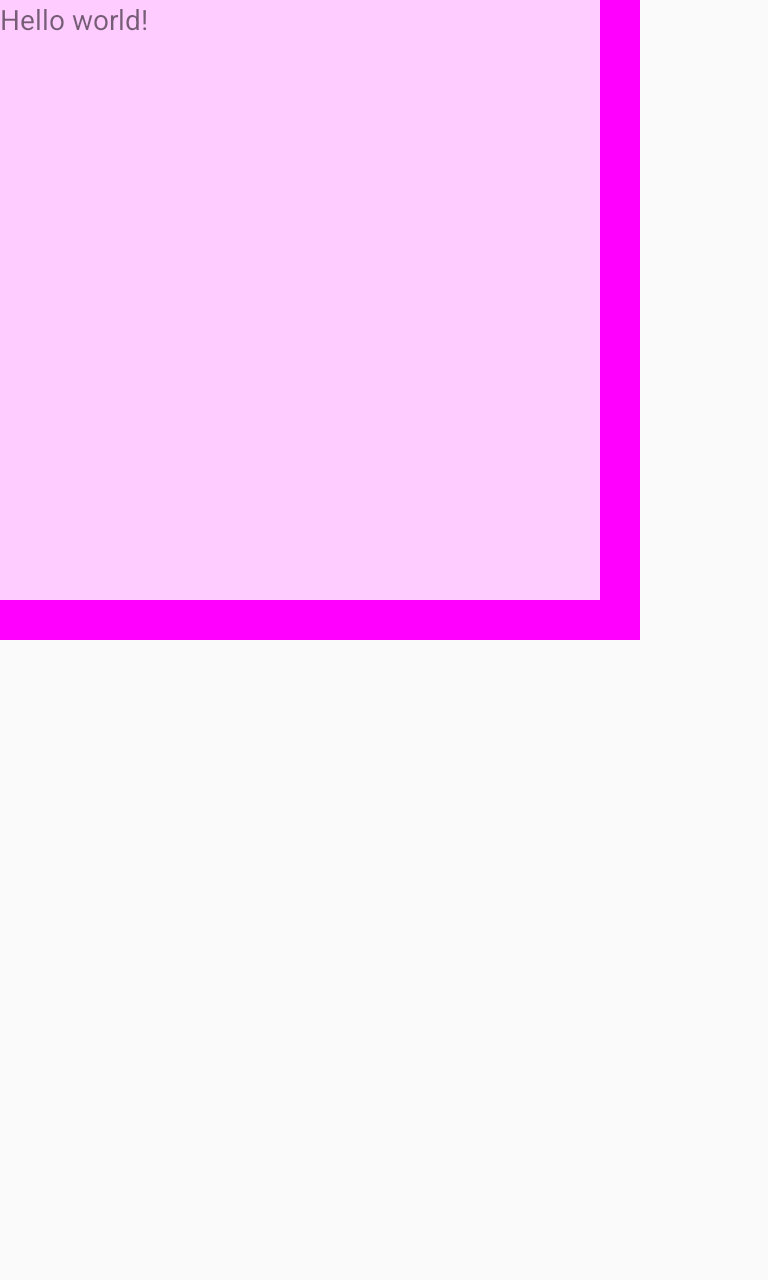
Repository: A207/guanjingjing
Layout: day4/LayoutApp/res/layout/activity_frame_layout.xml
An editor plug-in stored every save of this project. The layout is shown before and after the next save, followed by the edit.
It is drawn on a 768 x 1280 px phone screen (xhdpi) without system bars, with theme AppTheme; the app's code is not run.

Above is the layout before, as saved 2015-07-09 10:36:24.

### day4/LayoutApp/res/layout/activity_frame_layout.xml
<FrameLayout xmlns:android="http://schemas.android.com/apk/res/android"
    android:layout_width="match_parent"
    android:layout_height="match_parent" >

    <TextView
        android:layout_width="320dp"
        android:layout_height="320dp"
        android:text="@string/hello_world"
        android:background="#ff00ff" />
    <TextView
        android:layout_width="300dp"
        android:layout_height="300dp"
        android:text="@string/hello_world"
        android:background="#ffccff" />

</FrameLayout>

### day4/LayoutApp/res/values/strings.xml
<?xml version="1.0" encoding="utf-8"?>
<resources>

    <string name="app_name">LayoutApp</string>
    <string name="hello_world">Hello world!</string>
    <string name="action_settings">Settings</string>

</resources>

Loaded but not shown: day4/LayoutApp/res/values/styles.xml (common file); day4/LayoutApp/res/values-v11/styles.xml (common file); day4/LayoutApp/res/values-v14/styles.xml (common file)

After the next save:
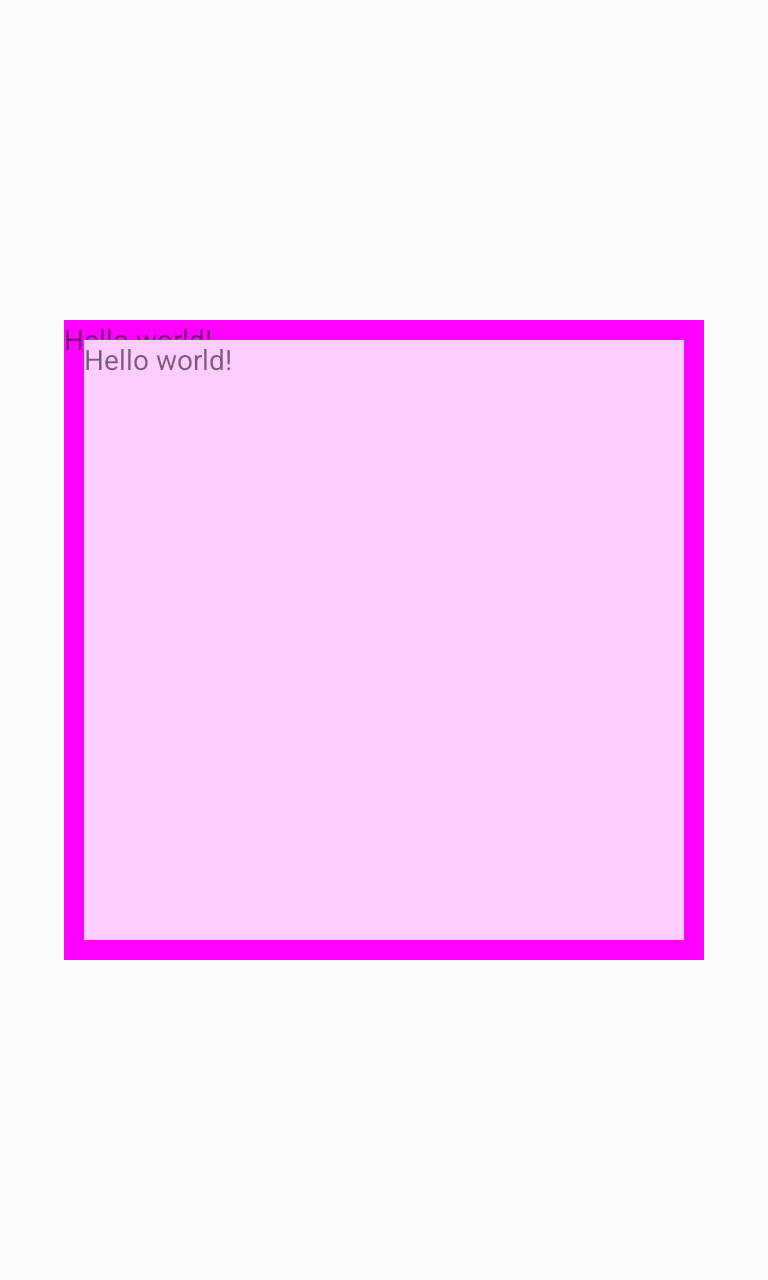
Saved 67 s later.
--- a/day4/LayoutApp/res/layout/activity_frame_layout.xml
+++ b/day4/LayoutApp/res/layout/activity_frame_layout.xml
@@ -6,11 +6,13 @@
         android:layout_width="320dp"
         android:layout_height="320dp"
         android:text="@string/hello_world"
-        android:background="#ff00ff" />
+        android:background="#ff00ff"
+        android:layout_gravity="center" />
     <TextView
         android:layout_width="300dp"
         android:layout_height="300dp"
         android:text="@string/hello_world"
-        android:background="#ffccff" />
+        android:background="#ffccff"
+        android:layout_gravity="center" />
 
 </FrameLayout>
